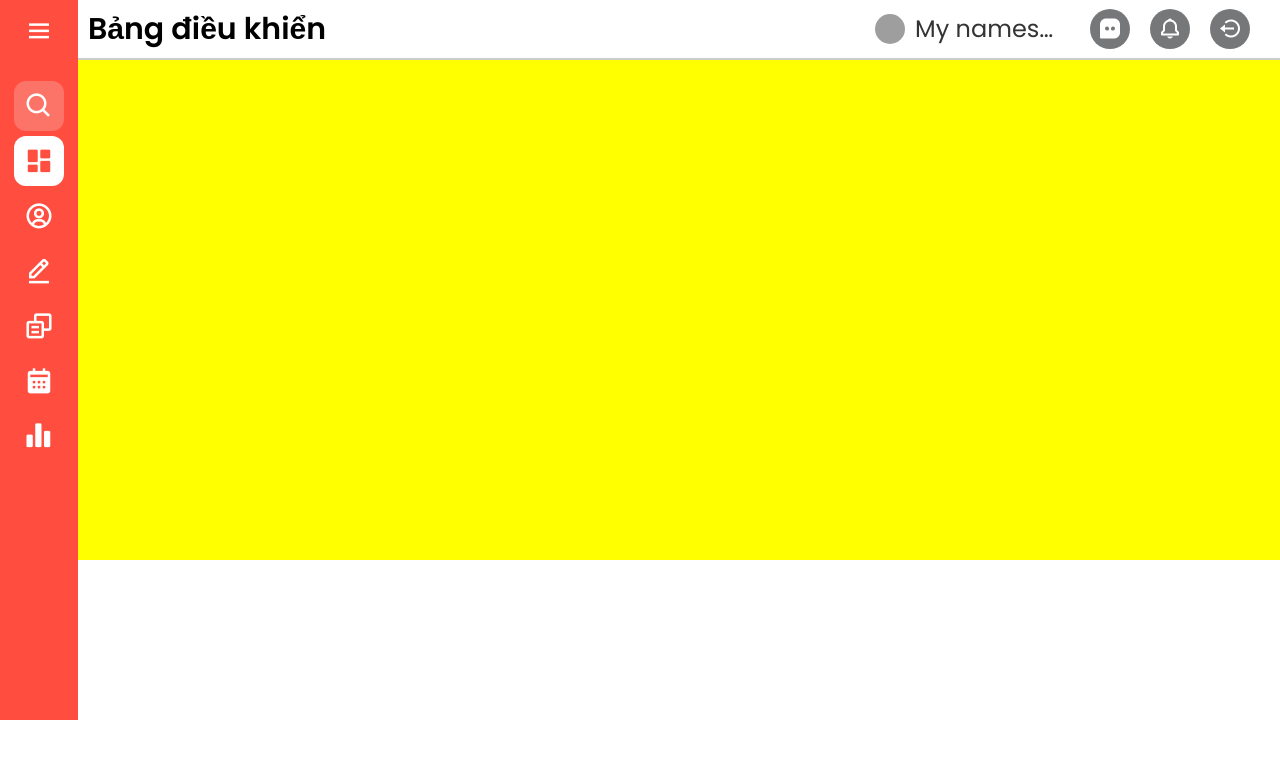
Repository: ThangQuyeenf/Wassefy.github.io
Page: teacher.html
These files come from the project's save history. The page is drawn as it stood at one moment and after the next save; the edit follows.
The browser window is 1280 px wide. The pictures show the whole page.
Pictures or frames that could not be fetched are drawn as grey boxes.

Above is the page before, as saved 2021-08-31 21:02:28.

After the next save:
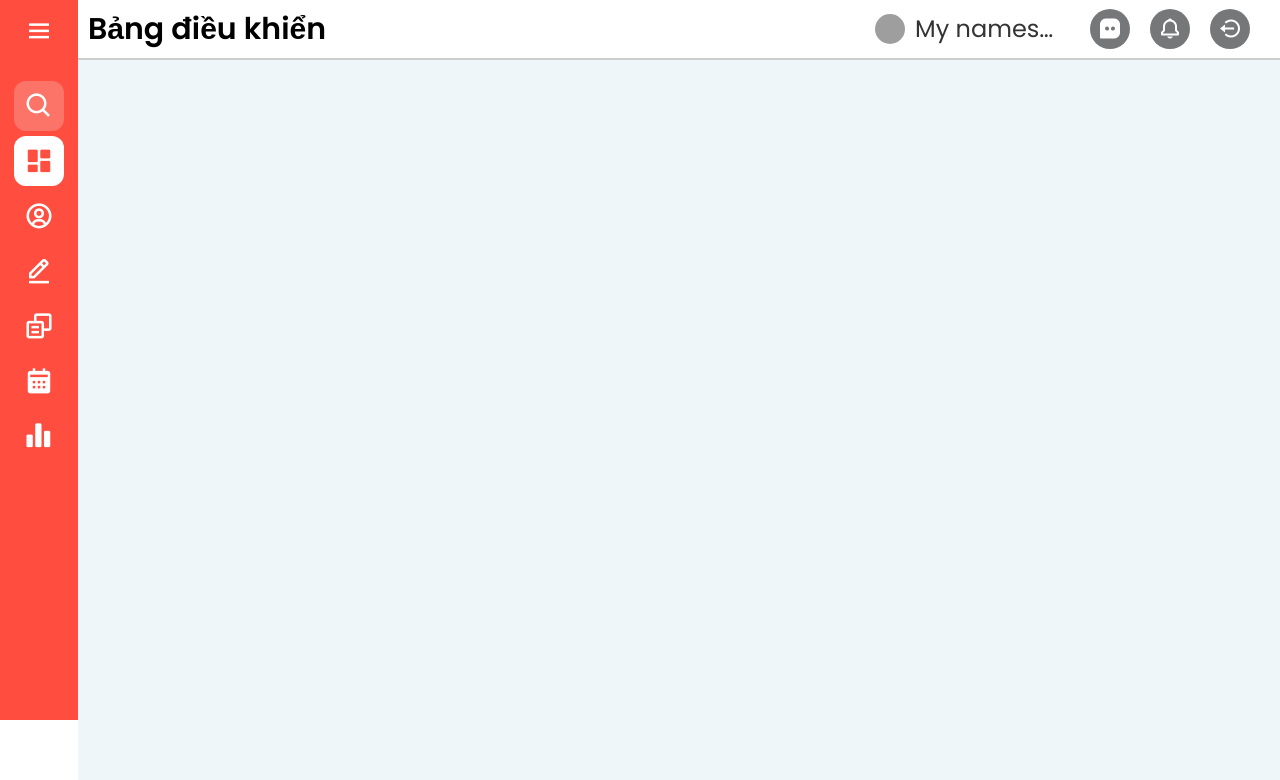
Saved 25 s later.
--- a/CSS/teacher.css
+++ b/CSS/teacher.css
@@ -1,4 +1,4 @@
-.dashboard{
+/* .dashboard{
     width: 100%;
     height: 500px;
     background-color:yellow;
@@ -6,4 +6,4 @@
     position: absolute;
     top: 0;
     left: 0;
-}
+} */
